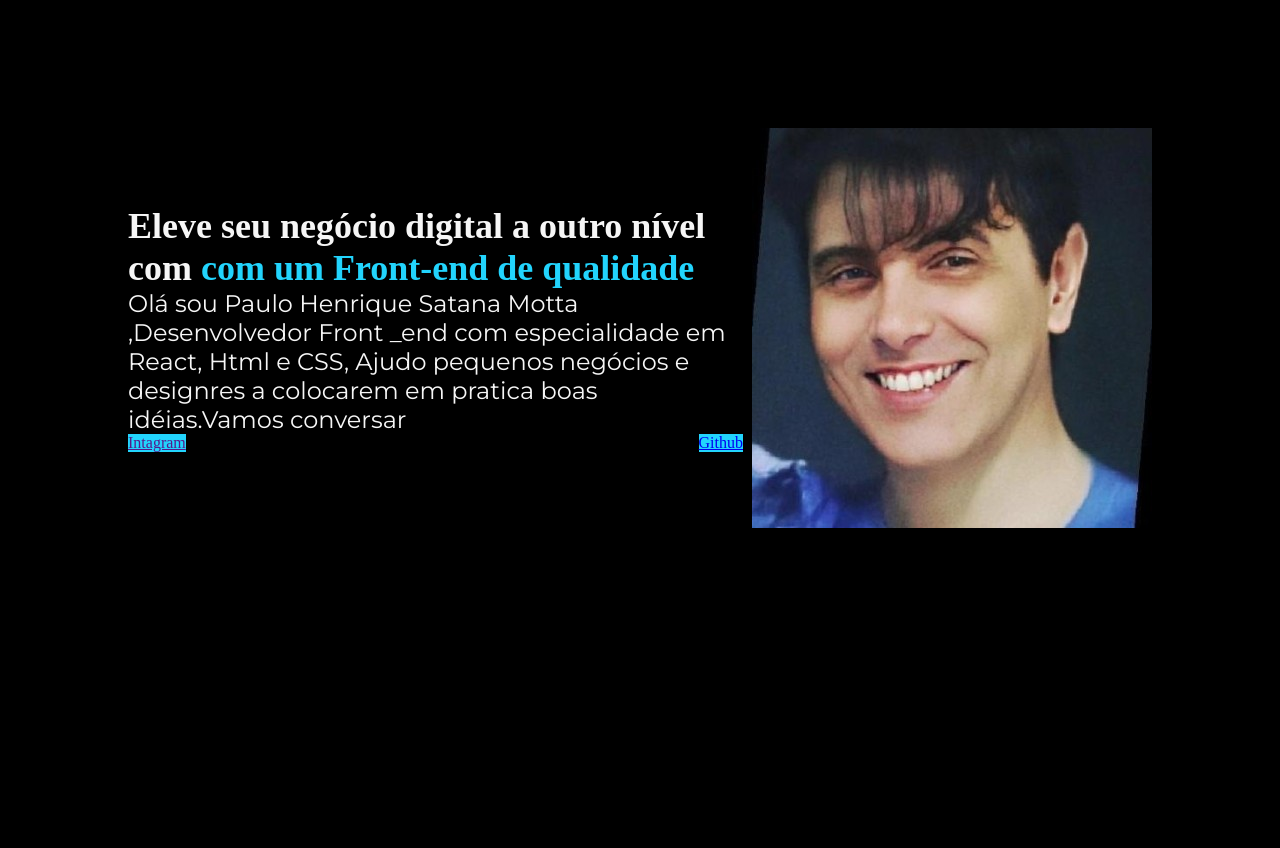
Repository: phsmottanerd/projeto-portfolio-alura
Page: index.html
An editor plug-in stored every save of this project. The page is shown before and after the next save, followed by the edit.
The browser window is 1280 px wide. The pictures show the whole page.
Some web fonts or font styles are not loaded; a fallback is used.

Above is the page before, as saved 2025-01-24 01:25:00.

After the next save:
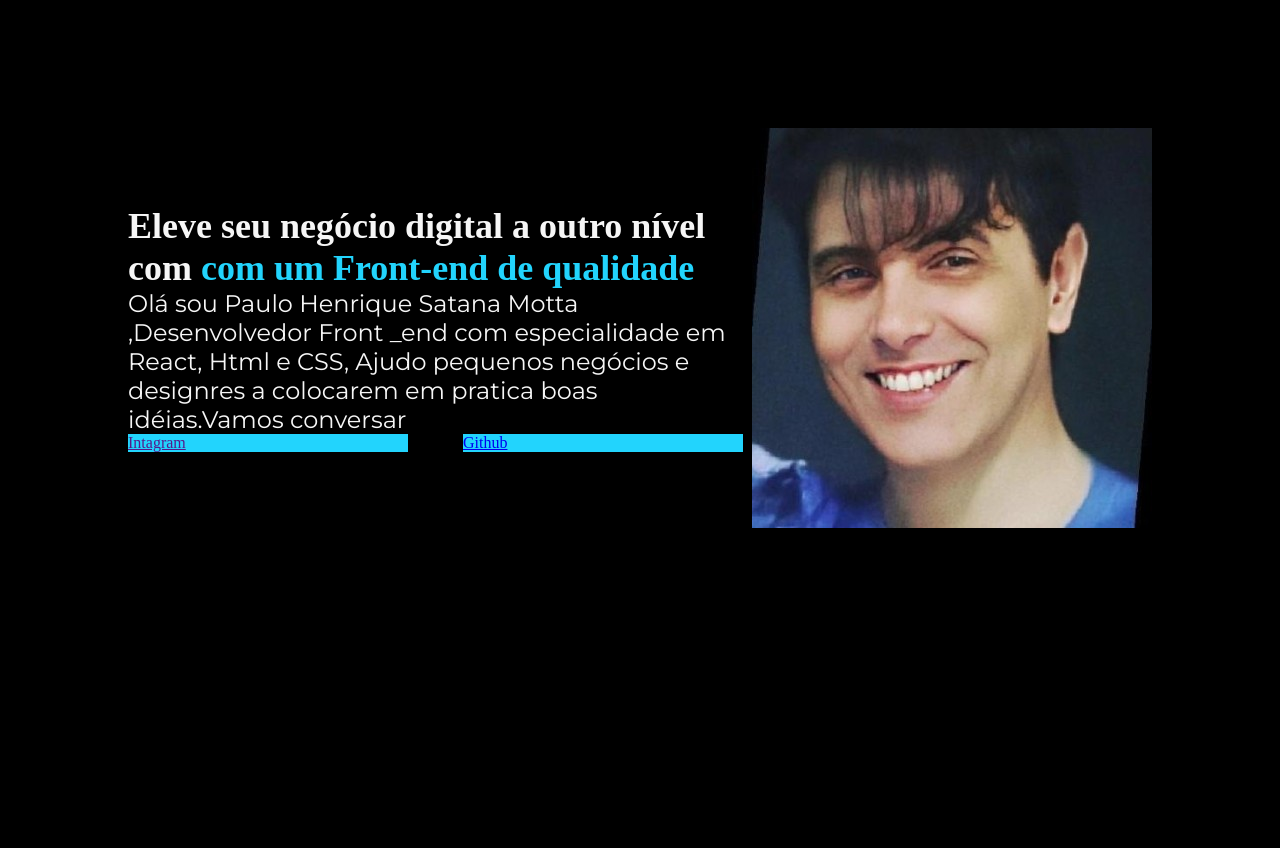
Saved 14 s later.
--- a/style.css
+++ b/style.css
@@ -39,6 +39,6 @@ body {
 .apresentacao__links__link{
 
 background-color:#22d4FD;
-width; 28px;
+width: 280px;
 
 }
